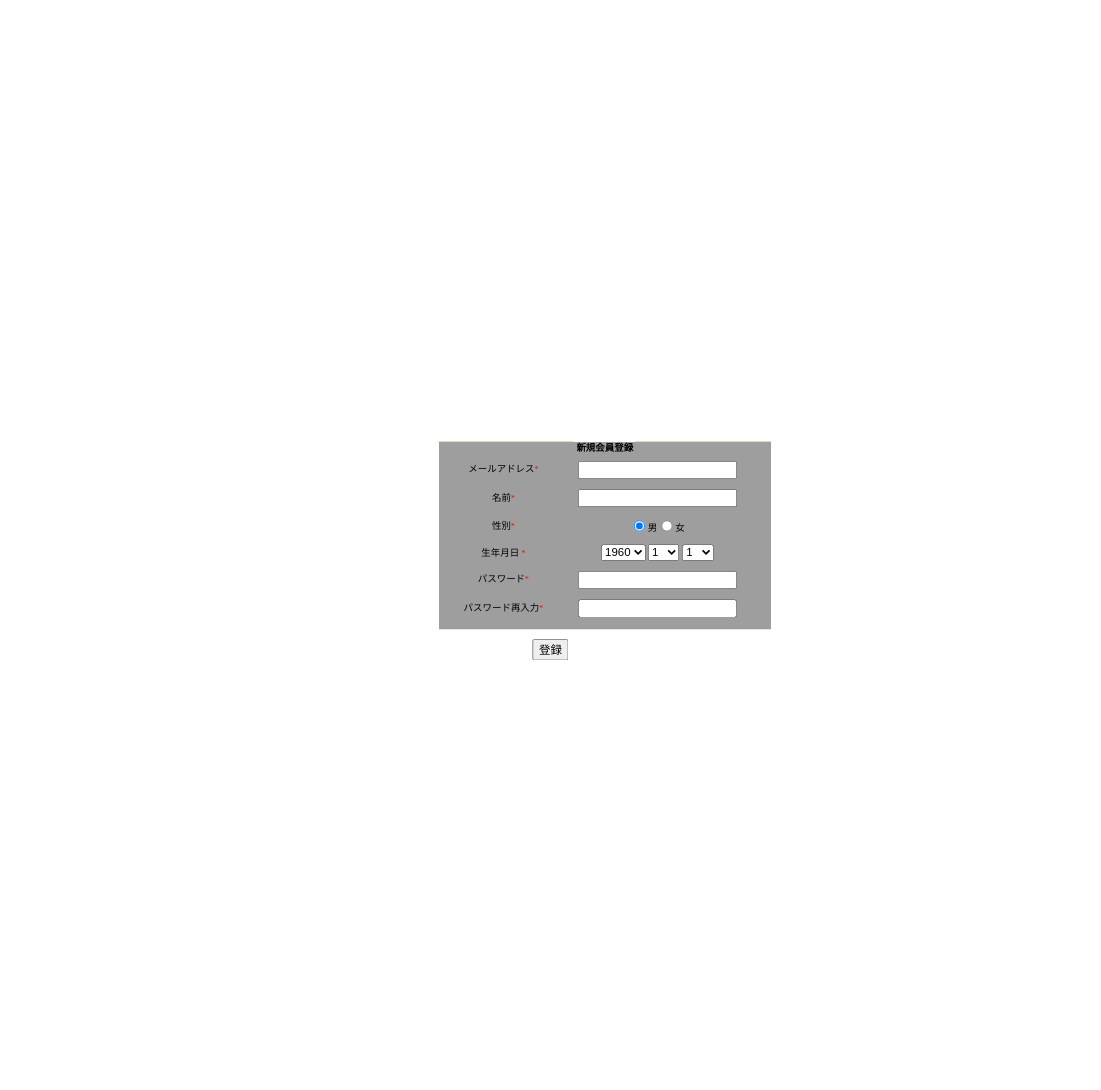
Repository: kawaguchi-mizuki/ntmc
Page: http://localhost/movie/adduser
These files come from the project's save history. The page is drawn as it stood at one moment and after the next save; the edit follows.
The browser window is 1280 px wide. The pictures show the whole page, at 86% of full size.
Pictures or frames that could not be fetched are drawn as grey boxes. The page is served by Tomcat 9.

Above is the page before, as saved 2019-06-19 07:24:58.
Console error: TypeError: Cannot read properties of null (reading 'appendChild')

After the next save:
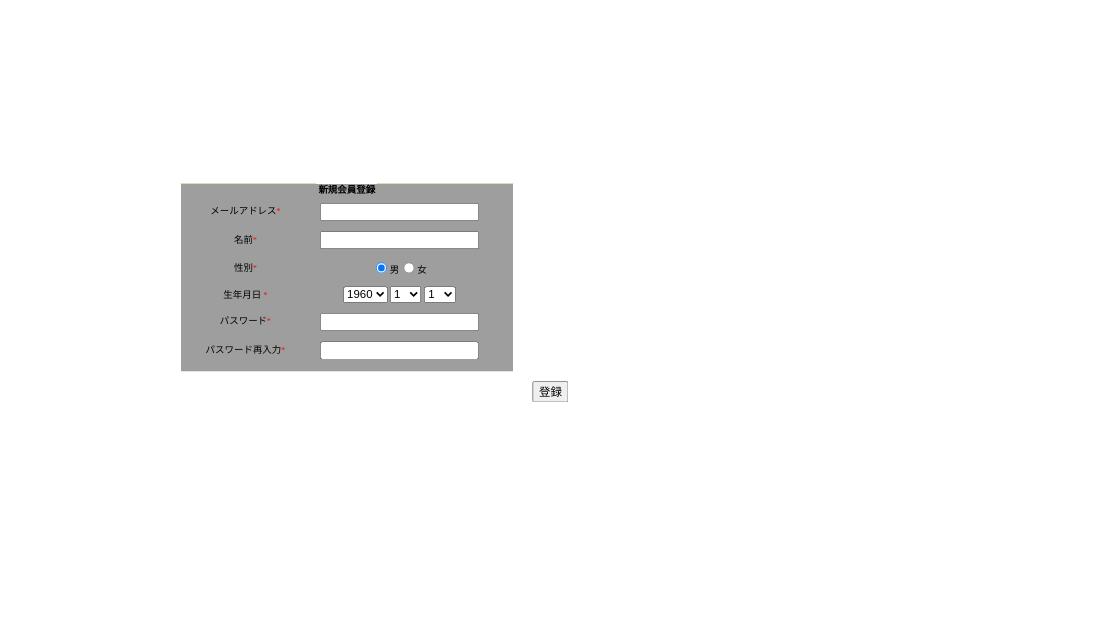
Saved 7 s later.
--- a/開発/movie/movie/WebContent/css/user_add.css
+++ b/開発/movie/movie/WebContent/css/user_add.css
@@ -1,6 +1,6 @@
 
 form.cmxform {
-    margin:500px;
+    margin:200px;
     font-size:11px;
     text-align: center;
 
